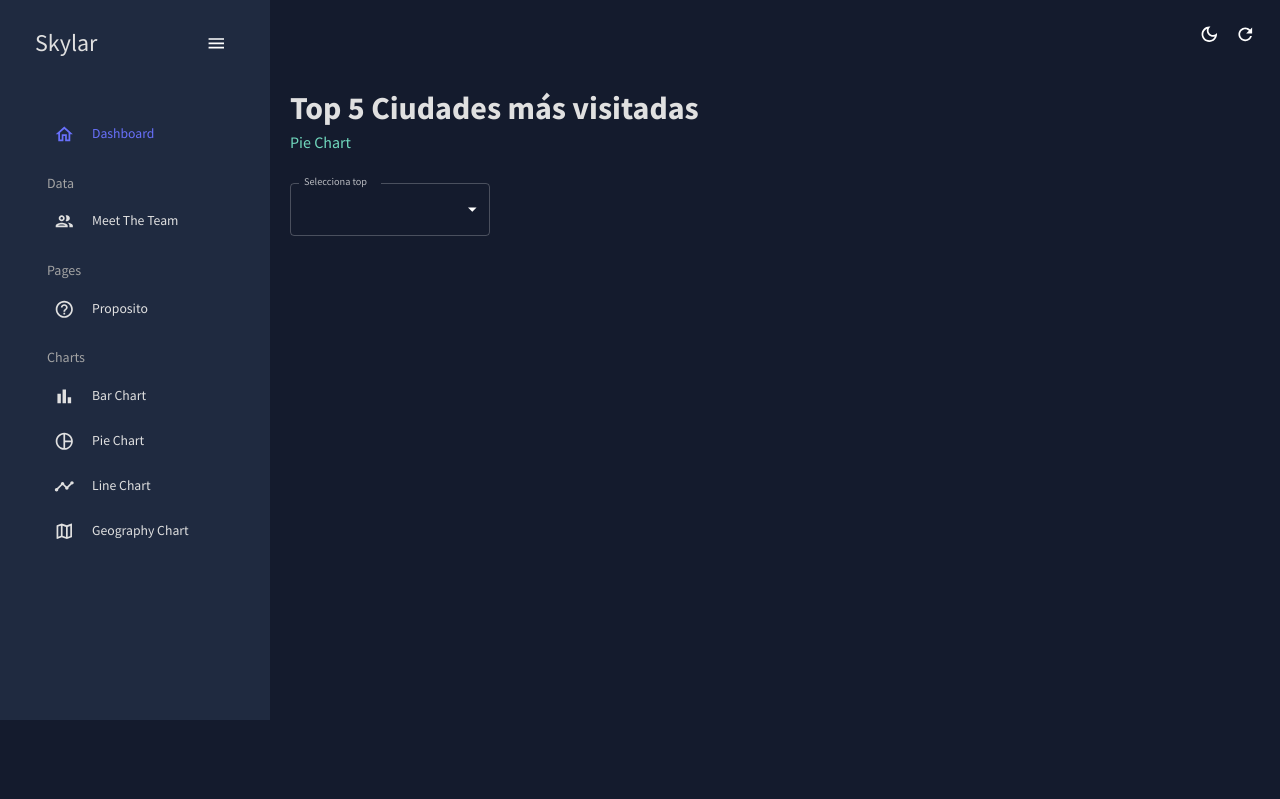
Repository: Carpinteron/Dashboard-DatabaseProject
Page: /pie (app in react-admin-dashboard-master/)
These files come from the project's save history. The page is drawn as it stood at one moment and after the next save; the edit follows.
The browser window is 1280 px wide. The pictures show the whole page.
The page's requests for data from a server got no answer. The project was rebuilt for these pictures with package versions that can differ from the ones it lists, and the page was loaded fresh each time. No one was signed in, and anything a server would have sent is missing. Also part of the build but not shown: react-admin-dashboard-master/src/data/mockData.js, react-admin-dashboard-master/src/components/LineChart.jsx, react-admin-dashboard-master/src/components/GeographyChart.jsx, react-admin-dashboard-master/src/components/BarChart.jsx, react-admin-dashboard-master/src/components/BarChart2.jsx, react-admin-dashboard-master/src/components/ProgressCircle.jsx, react-admin-dashboard-master/src/components/StatBox.jsx, react-admin-dashboard-master/src/scenes/dashboard/index.jsx and 7 more.

Above is the page before, as saved 2025-05-04 19:26:01.

After the next save:
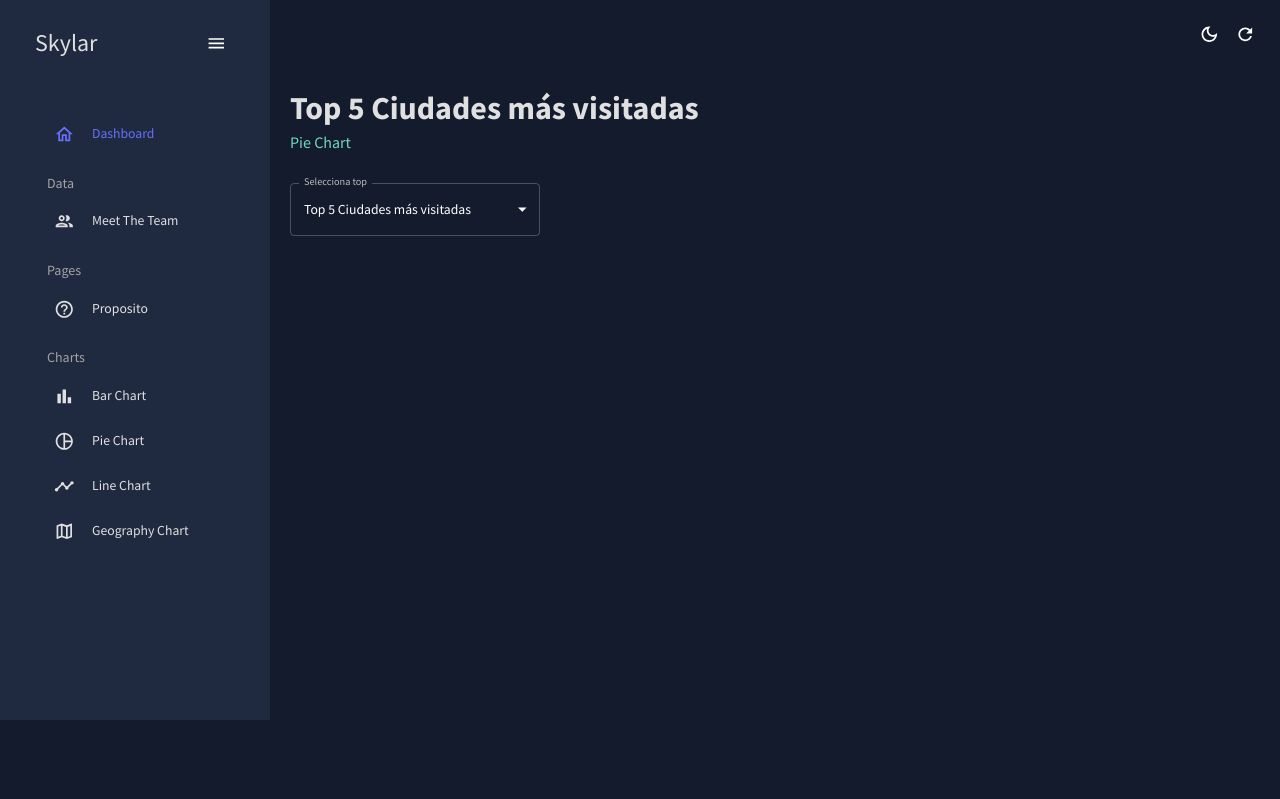
Saved 5 min 44 s later.
--- a/react-admin-dashboard-master/src/scenes/pie/index.jsx
+++ b/react-admin-dashboard-master/src/scenes/pie/index.jsx
@@ -1,29 +1,39 @@
-import { Box, FormControl, InputLabel, MenuItem, Select, Typography } from "@mui/material";
+import {
+  Box,
+  FormControl,
+  InputLabel,
+  MenuItem,
+  Select,
+} from "@mui/material";
 import { useState } from "react";
 import Header from "../../components/Header";
 import PieChart from "../../components/PieChart";
 
 const Pie = () => {
-  const [opcion, setOpcion] = useState("ciudades");
+  const [opcion, setOpcion] = useState("visitada");
+
+  // Mapeo de títulos según la opción seleccionada
+  const titulos = {
+    visitada: "Top 5 Ciudades más visitadas",
+    salidas: "Top 5 Ciudades con más vuelos de salida",
+  };
 
   return (
     <Box m="20px">
-      <Header title="Top 5 Ciudades más visitadas" subtitle="Pie Chart" />
+      <Header title={titulos[opcion]} subtitle="Pie Chart" />
 
-      {/* Selector de opciones */}
-      <FormControl sx={{ minWidth: 200, mb: 2 }}>
+      <FormControl sx={{ minWidth: 250, mb: 2 }}>
         <InputLabel>Selecciona top</InputLabel>
         <Select
           value={opcion}
-          label="Selecciona datos"
+          label="Selecciona top"
           onChange={(e) => setOpcion(e.target.value)}
         >
-          <MenuItem value="visitada">Top 5 Ciudades mas visitadas</MenuItem>
-          <MenuItem value="salidas">Top 5 Ciudades con mas salidas</MenuItem>
+          <MenuItem value="visitada">Top 5 Ciudades más visitadas</MenuItem>
+          <MenuItem value="salidas">Top 5 Ciudades con más vuelos de salida</MenuItem>
         </Select>
       </FormControl>
 
-      {/* Gráfica */}
       <Box height="75vh">
         <PieChart tipo={opcion} />
       </Box>
